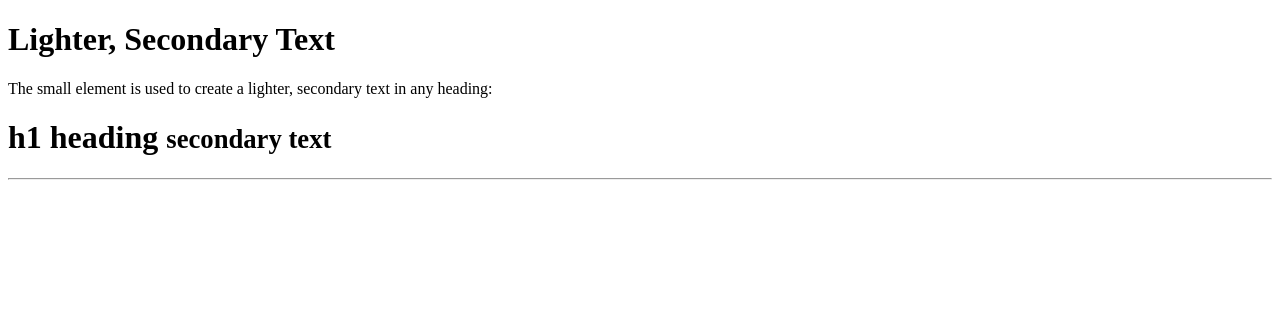
Repository: Sonalitanika/Assigment_IT17048842
Page: Lab09/WebContent/index.html
The author's editor kept a copy of each file at every save. The page is drawn from the files as they stood at one save, then again after the next save.
The browser window is 1280 px wide. The pictures show the whole page.

Above is the page before, as saved 2019-05-25 14:04:02.

### Lab09/WebContent/index.html
<!DOCTYPE html>
<html>
<head>
<meta charset="utf-8">
<title>Insert title here</title>
</head>
<body>

 <div class="row">
<h1>Lighter, Secondary Text</h1>
 <p>The small element is used to create a lighter,
secondary text in any heading:</p>
 <h1>h1 heading <small>secondary
text</small></h1> </div> <hr>
</body>
</html>

After the next save:
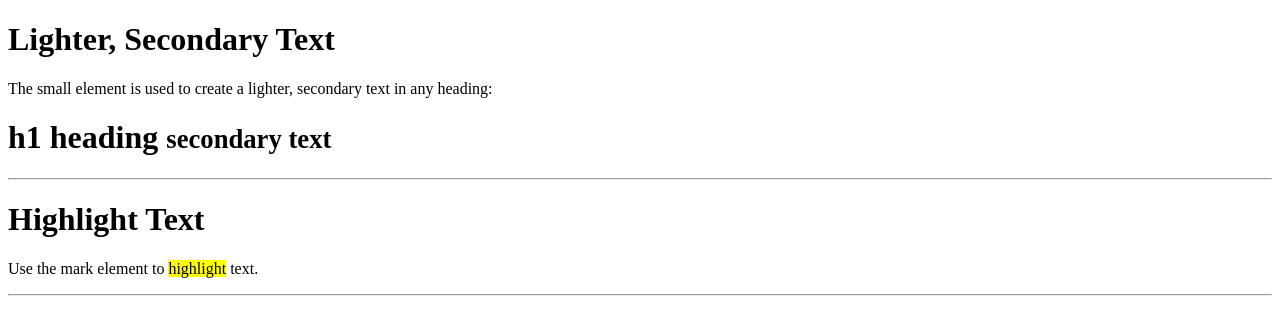
Saved 2 min 46 s later.
--- a/Lab09/WebContent/index.html
+++ b/Lab09/WebContent/index.html
@@ -12,5 +12,12 @@
 secondary text in any heading:</p>
  <h1>h1 heading <small>secondary
 text</small></h1> </div> <hr>
+
+<div class="row">
+<h1>Highlight Text</h1>
+ <p>Use the mark element to
+<mark>highlight</mark> text.</p>
+ </div>
+ <hr>
 </body>
 </html>
